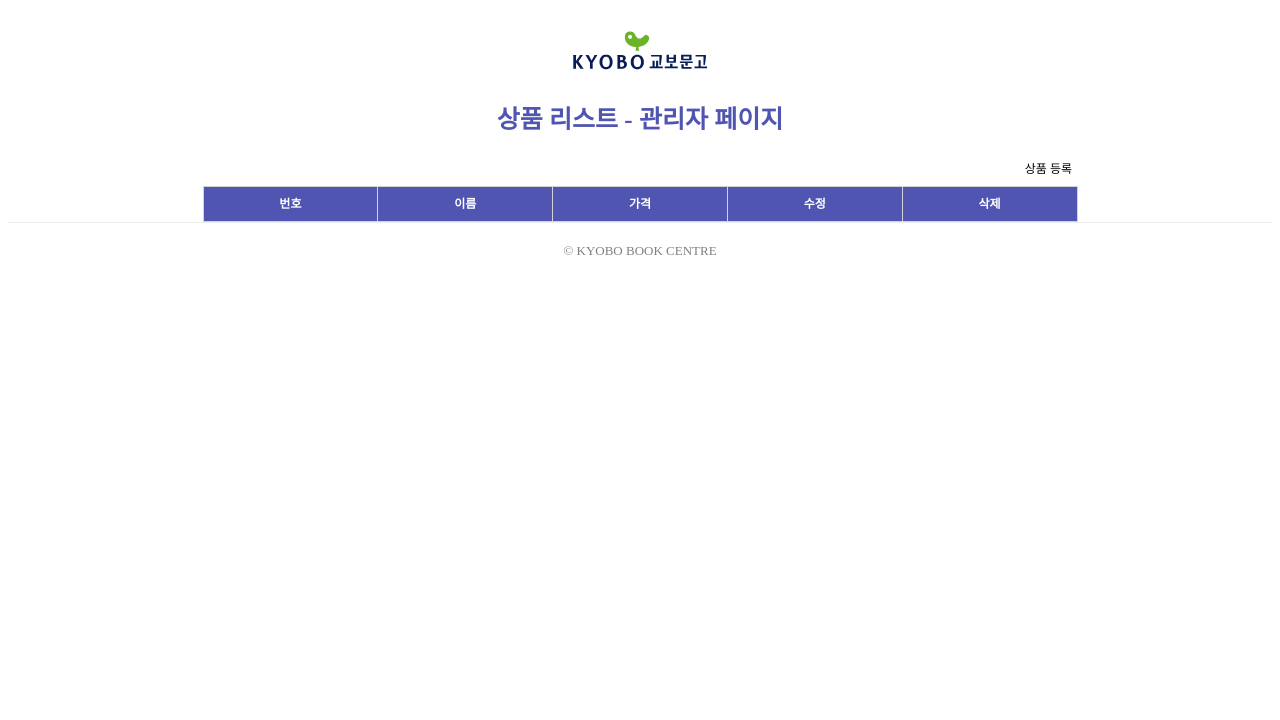
Repository: Yundanbi/Kyobo
Page: http://localhost/kyobo/productList.do
The author's editor kept a copy of each file at every save. The page is drawn from the files as they stood at one save, then again after the next save.
The browser window is 1280 px wide. The pictures show the whole page.
The page is served by Tomcat 9. Other server files are loaded and not shown. Queries for data that is not in the repository find no rows.

Above is the page before, as saved 2025-06-17 08:55:26.

### kyobo/src/main/webapp/book/productList.jsp
<%@ page language="java" contentType="text/html; charset=UTF-8"
pageEncoding="UTF-8"%>
<%@ taglib uri="http://java.sun.com/jsp/jstl/core" prefix="c"%>
<!DOCTYPE html>
<html>
<head>
<meta charset="UTF-8">
<title>책 관리</title>
<style>
	.logo img {
        height: 50px;
        margin-top : 20px;
      }
    .footer {
    text-align: center;
    padding: 20px 0;
    color: gray;
    font-size: 13px;
    border-top: 1px solid #eee;
  }
</style>
<link rel="stylesheet" type="text/css" href="css/shopping.css">
</head>
<body>
 <div id="wrap" align="center">
 		 <div class="logo">
		 <a href="index.jsp">
      <img src="img/logo_book.svg" alt="교보문고 로고" /></a>
    	</div>
          <h1>상품 리스트 - 관리자 페이지</h1>
          <table class="list">
            <tr>
              <td colspan="5" style="border: white; text-align: right"><a href="productWrite.do">상품 등록</a></td>
            </tr>
            <tr>
              <th>번호</th>
              <th>이름</th>
              <th>가격</th>
              <th>수정</th>
              <th>삭제</th>
            </tr>
            <c:forEach var="product" items="${productList}">
              <tr class="record">
                <td>${product.code}</td>
                <td>${product.productName}</td>
                <td>${product.price} 원</td>
                <td><a href="productUpdate.do?code=${product.code}">상품 수정</a>
                </td>
                <td><a href="productDelete.do?code=${product.code}">상품 삭제</a>
                </td>
              </tr>
            </c:forEach>
          </table>
        </div>
         <footer class="footer">© KYOBO BOOK CENTRE</footer>
</body>
</html>

### kyobo/src/main/java/com/book/controller/ProductListServlet.java
package com.book.controller;

import java.io.IOException;
import java.util.List;

import javax.servlet.RequestDispatcher;
import javax.servlet.ServletException;
import javax.servlet.annotation.WebServlet;
import javax.servlet.http.HttpServlet;
import javax.servlet.http.HttpServletRequest;
import javax.servlet.http.HttpServletResponse;

import com.book.dao.ProductDAO;
import com.book.dto.ProductVO;


@WebServlet("/productList.do")
public class ProductListServlet extends HttpServlet {
	private static final long serialVersionUID = 1L;




	protected void doGet(HttpServletRequest request, HttpServletResponse response) throws ServletException, IOException {
		ProductDAO pDao = ProductDAO.getInstance();
		List<ProductVO> productList = pDao.selectAllProducts();
		request.setAttribute("productList", productList);
		RequestDispatcher dispatcher = request.getRequestDispatcher("book/productList.jsp");
		dispatcher.forward(request, response);
	}


	protected void doPost(HttpServletRequest request, HttpServletResponse response) throws ServletException, IOException {
		doGet(request, response);
	}

}

### kyobo/src/main/java/com/book/dao/ProductDAO.java
package com.book.dao;

import java.sql.Connection;
import java.sql.PreparedStatement;
import java.sql.ResultSet;
import java.util.ArrayList;
import java.util.List;

import com.book.dto.ProductVO;

import util.DBManager;

public class ProductDAO {
	private ProductDAO() {}

	private static ProductDAO instance = new ProductDAO();

	public static ProductDAO getInstance() {
		return instance;
	}

	public List<ProductVO> selectAllProducts() {

	String sql = "select * from product order by code desc";
	List<ProductVO> list = new ArrayList<ProductVO>();
	Connection conn = null;
	PreparedStatement pstmt = null;
	ResultSet rs = null;
	try {
		conn = DBManager.getConnection();
		pstmt = conn.prepareStatement(sql);
		rs = pstmt.executeQuery();
		while (rs.next()) {
			ProductVO pVo = new ProductVO();
			pVo.setCode(rs.getInt("code"));
			pVo.setProductName(rs.getString("productName"));
			pVo.setPrice(rs.getInt("price"));
			pVo.setPictureUrl(rs.getString("pictureUrl"));
			pVo.setDescription(rs.getString("description"));
			list.add(pVo);
		}
	} catch (Exception e) {
		e.printStackTrace();
	} finally {
		DBManager.close(conn, pstmt, rs);
	}
	return list;
}


	public void insertProduct(ProductVO pVo) {
		String sql = "insert into product (productname, price, pictureurl, description) values(?,?,?,?)";
		Connection conn = null;
		PreparedStatement pstmt = null;
		try {
			conn = DBManager.getConnection();
			pstmt = conn.prepareStatement(sql);
			pstmt.setString(1, pVo.getProductName());
			pstmt.setInt(2, pVo.getPrice());
			pstmt.setString(3, pVo.getPictureUrl());
			pstmt.setString(4, pVo.getDescription());
			pstmt.executeUpdate(); // 실행
		} catch (Exception e) {
			e.printStackTrace();
		} finally {
			DBManager.close(conn, pstmt);
		}
	}

	public ProductVO selectProductByCode (String code) {
		String sql = "select * from product where code = ?";
		ProductVO pVo = null;
		try {
			Connection conn = null;
			PreparedStatement pstmt = null;
			ResultSet rs = null;

			try {

				conn = DBManager.getConnection();
				pstmt = conn.prepareStatement(sql);
				pstmt.setString(1, code);
				rs = pstmt.executeQuery();
				if (rs.next()) {
					pVo = new ProductVO();
					pVo.setCode(rs.getInt("code"));
					pVo.setProductName(rs.getString("productname"));
					pVo.setPrice(rs.getInt("price"));
					pVo.setPictureUrl(rs.getString("pictureurl"));
					pVo.setDescription(rs.getString("description"));
				}
			}catch (Exception e) {
				e.printStackTrace();
			}finally {

				DBManager.close(conn, pstmt, rs);

			}
		}catch (Exception e) {
			e.printStackTrace();
		}
		return pVo;
	}

	public void updateProduct(ProductVO pVo) {
		String sql = "UPDATE product SET productname=?, price=?, pictureurl=?, description=? WHERE code=?";
		Connection conn = null;
		PreparedStatement pstmt = null;
		try {
			conn = DBManager.getConnection();
			pstmt = conn.prepareStatement(sql);
			pstmt.setString(1, pVo.getProductName());
			pstmt.setInt(2, pVo.getPrice());
			pstmt.setString(3, pVo.getPictureUrl());
			pstmt.setString(4, pVo.getDescription());
			pstmt.setInt(5, pVo.getCode());
			pstmt.executeUpdate(); // 쿼리문 실행

		} catch (Exception e) {
			e.printStackTrace();

		} finally {
			DBManager.close(conn, pstmt);
		}
	}

	public void deleteProduct(String code) {
		String sql = "delete from product where code = ?";
		Connection conn = null;
		PreparedStatement pstmt = null;
		try {
			conn = DBManager.getConnection();
			pstmt = conn.prepareStatement(sql);
			pstmt.setString(1, code);
			pstmt.executeUpdate();

		}catch (Exception e) {
			e.printStackTrace();
		}finally {
			DBManager.close(conn,pstmt);
		}

	}



}

### kyobo/src/main/java/util/DBManager.java
package util;

import java.sql.Connection;
import java.sql.ResultSet;
import java.sql.Statement;

import javax.naming.Context;
import javax.naming.InitialContext;
import javax.sql.DataSource;

public class DBManager {
	public static Connection getConnection() {
		   Connection conn = null; // Connection 변수를 메서드 외부에서 선언하고 초기화

		    try {
		        Context initContext = new InitialContext();
		        Context envContext = (Context) initContext.lookup("java:/comp/env");
		        DataSource ds = (DataSource) envContext.lookup("jdbc/estoreDB");
		        conn = ds.getConnection();
		        System.out.println("DBCP 연동 성공");
		        System.out.println("mysql 연결 성공 : " + conn);
		    } catch (Exception e) {
		        e.printStackTrace();
		    }
		    return conn;
		}

	// select을 수행한 후 리소스 해제를 위한 메소드
		public static void close(Connection conn, Statement stmt, ResultSet rs) {
			try {
				rs.close();
				stmt.close();
				conn.close();
			} catch (Exception e) {
				e.printStackTrace();
			}
		}


		// insert, update, delete 작업을 수행한 후 리소스 해제를 위한 메소드
		public static void close(Connection conn, Statement stmt) {
			try {
				stmt.close();
				conn.close();
			} catch (Exception e) {
				e.printStackTrace();
			}
		}
}

### kyobo/src/main/webapp/css/shopping.css
@charset "UTF-8";

 #wrap {
      width: 1250px;
       margin: 0 auto;

      }
	h1 {color: #5055b1; font-size:25px;}
      table {  width: 70% !important; }
      table {width: 80%; border-collapse: collapse; font-size: 12px; line-height: 24px;}
      table td,th {border: #d3d3d3 solid 1px;  padding: 5px; }

      th {background: #5055b1;}
      th {color:white;}
      img {width: 220px; height: 300px;}
      a {text-decoration: none; color: black; }
      a:HOVER {text-decoration: underline; color:#5055b1; }

### kyobo/src/main/webapp/img/logo_book.svg
<svg width="120" height="44" viewBox="0 0 120 44" fill="none" xmlns="http://www.w3.org/2000/svg">
<path d="M30.1306 23.4481C29.3894 23.4192 28.6499 23.5392 27.9559 23.8009C27.2618 24.0627 26.6272 24.4609 26.0896 24.9721C25.4974 25.6293 25.0405 26.3968 24.745 27.2307C24.4495 28.0646 24.3213 28.9486 24.3676 29.8321C24.3214 30.7154 24.4497 31.5992 24.7452 32.4329C25.0407 33.2666 25.4975 34.0339 26.0896 34.6911C27.2059 35.6822 28.6469 36.2295 30.1396 36.2295C31.6324 36.2295 33.0734 35.6822 34.1896 34.6911C35.37 33.3561 35.9803 31.6117 35.8896 29.8321C35.9807 28.052 35.3704 26.3072 34.1896 24.9721C33.6485 24.4611 33.0108 24.0632 32.3141 23.8015C31.6173 23.5398 30.8744 23.4197 30.1306 23.4481ZM32.4686 33.3601C32.1866 33.705 31.8291 33.9805 31.4238 34.1655C31.0184 34.3505 30.576 34.44 30.1306 34.4271C29.6876 34.4399 29.2475 34.3504 28.8448 34.1653C28.442 33.9802 28.0874 33.7046 27.8086 33.3601C27.1286 32.3144 26.8088 31.0752 26.8976 29.8311C26.8113 28.5871 27.1309 27.3487 27.8086 26.3021C28.0884 25.9597 28.4436 25.6867 28.8464 25.5046C29.2493 25.3224 29.6888 25.236 30.1306 25.2521C30.5747 25.2362 31.0166 25.3227 31.4219 25.5048C31.8273 25.6868 32.1854 25.9596 32.4686 26.3021C33.1428 27.3499 33.4587 28.5883 33.3686 29.8311C33.4612 31.0737 33.1452 32.3136 32.4686 33.3601Z" fill="#081D58"/>
<path d="M61.6955 24.972C60.5738 23.9897 59.1335 23.4482 57.6425 23.4482C56.1514 23.4482 54.7112 23.9897 53.5895 24.972C52.4004 26.3029 51.7857 28.0498 51.8795 29.832C51.7879 31.6147 52.4047 33.3612 53.5955 34.691C54.7127 35.6826 56.1547 36.2302 57.6485 36.2302C59.1423 36.2302 60.5842 35.6826 61.7015 34.691C62.8838 33.3572 63.4944 31.612 63.4015 29.832C63.4951 28.0516 62.8845 26.3059 61.7015 24.972M59.9815 33.36C59.6923 33.6952 59.3344 33.964 58.9319 34.1483C58.5295 34.3326 58.0921 34.428 57.6495 34.428C57.2069 34.428 56.7694 34.3326 56.367 34.1483C55.9646 33.964 55.6066 33.6952 55.3175 33.36C54.6408 32.3134 54.3225 31.0753 54.4105 29.832C54.3251 28.5887 54.6432 27.3511 55.3175 26.303C55.6098 25.973 55.9688 25.7088 56.3708 25.5278C56.7728 25.3468 57.2086 25.2532 57.6495 25.2532C58.0903 25.2532 58.5262 25.3468 58.9282 25.5278C59.3302 25.7088 59.6892 25.973 59.9815 26.303C60.655 27.3516 60.9708 28.59 60.8815 29.833C60.9735 31.0757 60.6575 32.3144 59.9815 33.361" fill="#081D58"/>
<path d="M18.673 35.938C18.567 35.8236 18.485 35.6891 18.4319 35.5424C18.3788 35.3957 18.3557 35.2398 18.364 35.084V30.648L22.5 23.717H19.668C19.868 23.917 19.892 24.247 19.644 24.637L17.405 28.517C15.522 25.108 15.524 25.011 15.183 24.389C14.918 23.921 14.692 23.717 14.189 23.717H11.959C12.2518 24.0303 12.5008 24.3818 12.699 24.762L15.999 30.616V35.083C16.0074 35.2388 15.9844 35.3946 15.9315 35.5412C15.8786 35.6879 15.7968 35.8225 15.691 35.937L18.673 35.938Z" fill="#081D58"/>
<path d="M39.834 35.9381C39.9407 35.8241 40.0233 35.6897 40.0768 35.5429C40.1302 35.3961 40.1534 35.2401 40.145 35.0841V24.5671C40.154 24.4112 40.131 24.2552 40.0776 24.1085C40.0241 23.9618 39.9412 23.8276 39.834 23.7141H43.881C45.821 23.7141 47.515 24.6501 47.515 26.4681C47.5261 26.933 47.417 27.3929 47.1981 27.8032C46.9793 28.2135 46.6582 28.5603 46.266 28.8101C46.9198 29.0312 47.4878 29.4517 47.8902 30.0124C48.2925 30.5732 48.509 31.2459 48.509 31.9361C48.5097 32.5169 48.3773 33.0901 48.122 33.6117C47.8666 34.1333 47.4951 34.5895 47.036 34.9451C46.134 35.6368 45.0165 35.9875 43.881 35.9351L39.834 35.9381ZM42.514 28.3321C43.0984 28.3909 43.6885 28.3195 44.242 28.1231C44.4946 28.024 44.7102 27.8488 44.8588 27.6218C45.0075 27.3949 45.082 27.1273 45.072 26.8561C45.061 26.6613 45.0112 26.4707 44.9257 26.2953C44.8402 26.12 44.7205 25.9634 44.5738 25.8349C44.4271 25.7063 44.2562 25.6082 44.0711 25.5465C43.886 25.4847 43.6905 25.4604 43.496 25.4751C43.1641 25.4638 42.8325 25.506 42.514 25.6001V28.3321ZM45.162 33.8801C45.4542 33.6872 45.6888 33.4187 45.8408 33.1032C45.9927 32.7877 46.0564 32.4369 46.025 32.0881C46.0113 31.8045 45.9394 31.5268 45.8139 31.2721C45.6883 31.0175 45.5117 30.7914 45.2951 30.6078C45.0785 30.4243 44.8264 30.2873 44.5546 30.2053C44.2828 30.1233 43.997 30.098 43.715 30.1311C43.3139 30.1271 42.9129 30.1505 42.515 30.2011V34.1181C43.3981 34.3546 44.3365 34.2699 45.163 33.8791" fill="#081D58"/>
<path d="M1.31002 35.0839C1.3183 35.2398 1.29512 35.3957 1.24186 35.5424C1.18861 35.6891 1.10636 35.8236 1.00002 35.9379H3.98802C3.88159 35.8237 3.79928 35.6892 3.74602 35.5425C3.69276 35.3957 3.66963 35.2398 3.67802 35.0839V30.3089L7.14702 35.2669C7.2425 35.47 7.39425 35.6415 7.58426 35.761C7.77428 35.8804 7.99458 35.9429 8.21902 35.9409H10.619C10.2919 35.6272 10.003 35.2762 9.75802 34.8949L5.83802 29.3409L9.83802 23.7169H6.89902C7.05102 23.9169 7.07102 24.1659 6.78402 24.6469L3.68402 29.1249V24.5669C3.67511 24.411 3.69799 24.2548 3.75128 24.108C3.80457 23.9612 3.88716 23.8268 3.99402 23.7129H0.999023C1.10579 23.8269 1.18832 23.9613 1.2416 24.1081C1.29489 24.2549 1.31782 24.411 1.30902 24.5669L1.31002 35.0839Z" fill="#081D58"/>
<path d="M67.2346 6.979C66.9569 6.72281 66.6307 6.52493 66.2752 6.39705C65.9197 6.26917 65.5421 6.2139 65.1649 6.2345C64.7877 6.25511 64.4184 6.35117 64.0789 6.51701C63.7395 6.68285 63.4367 6.91509 63.1886 7.2C61.7756 8.686 60.6766 9.239 59.3676 9.183C57.5396 9.104 56.6376 7.691 55.6986 5.907C55.3312 5.05654 54.7264 4.33002 53.9566 3.81445C53.1869 3.29888 52.2849 3.01611 51.3586 3C50.7138 3.00446 50.0767 3.14038 49.4862 3.39946C48.8957 3.65853 48.3643 4.03532 47.9243 4.50677C47.4844 4.97823 47.1453 5.53446 46.9276 6.14144C46.71 6.74843 46.6185 7.39343 46.6586 8.037C46.6945 9.62273 47.1673 11.1678 48.025 12.502C48.8827 13.8363 50.0919 14.9079 51.5196 15.599C53.1121 16.3981 54.8641 16.8284 56.6456 16.858C56.5252 17.9401 56.2905 19.0063 55.9456 20.039H59.3086C58.9494 18.9729 58.7103 17.8701 58.5956 16.751C63.5216 16.112 65.8596 13.872 67.1416 11.74C67.6834 10.9123 67.9875 9.95171 68.0206 8.963C68.0307 8.59686 67.967 8.23243 67.8334 7.89141C67.6997 7.55039 67.4988 7.23976 67.2426 6.978M51.3816 9.536C51.0412 9.55969 50.7014 9.48175 50.4053 9.31206C50.1092 9.14237 49.8701 8.88857 49.7185 8.58286C49.5668 8.27714 49.5094 7.93328 49.5534 7.59486C49.5974 7.25645 49.741 6.93873 49.9658 6.682C50.1906 6.42527 50.4866 6.24108 50.8163 6.1528C51.1459 6.06452 51.4944 6.07612 51.8174 6.18613C52.1405 6.29614 52.4236 6.49961 52.6308 6.77073C52.8381 7.04185 52.9602 7.36841 52.9816 7.709C53.0104 8.16315 52.8583 8.61024 52.5585 8.95258C52.2587 9.29492 51.8356 9.50467 51.3816 9.536Z" fill="#6DB329"/>
<path d="M113.393 28.3181H111.536V33.8781H107.988V35.3341H119.006V33.8781H113.398L113.393 28.3181Z" fill="#081D58"/>
<path d="M115.861 32.4649H117.072C117.526 30.1329 117.848 27.2179 118.036 25.2649C118.141 24.2109 118.146 23.6589 117.199 23.6589H108.923V25.1139H115.861V32.4649Z" fill="#081D58"/>
<path d="M97.3025 28.4399H105.357V23.6089H96.1495V27.2859C96.1264 27.4429 96.1403 27.603 96.19 27.7537C96.2398 27.9044 96.3239 28.0413 96.4359 28.1538C96.5478 28.2662 96.6844 28.351 96.8349 28.4013C96.9853 28.4517 97.1454 28.4663 97.3025 28.4439M103.285 26.9849H98.2225V25.0639H103.285V26.9849Z" fill="#081D58"/>
<path d="M98.4728 31.853H96.4028V34.72C96.3794 34.8765 96.3929 35.0363 96.4422 35.1867C96.4915 35.337 96.5752 35.4738 96.6867 35.5861C96.7982 35.6984 96.9344 35.783 97.0844 35.8334C97.2344 35.8837 97.3941 35.8983 97.5508 35.876H105.38V34.42H98.4718L98.4728 31.853Z" fill="#081D58"/>
<path d="M95.1123 30.9089H99.9243V33.1769H101.995V30.9089H106.38V29.4529H95.1123V30.9089Z" fill="#081D58"/>
<path d="M76.0076 28.7119H74.1516V33.8779H72.8866V28.7119H71.0286V33.8779H68.5166V35.3349H79.9866V33.8779H76.0036L76.0076 28.7119Z" fill="#081D58"/>
<path d="M77.0538 32.4649H78.2638C78.7188 30.1329 79.0388 27.2179 79.2288 25.2649C79.3288 24.2109 79.3398 23.6589 78.3908 23.6589H69.7568V25.1139H77.0568L77.0538 32.4649Z" fill="#081D58"/>
<path d="M88.5873 31.3931H86.5163V33.8791H81.7773V35.3351H93.2573V33.8781H88.5873V31.3931Z" fill="#081D58"/>
<path d="M84.5396 30.6091H90.4896C90.6465 30.6314 90.8064 30.6168 90.9566 30.5666C91.1069 30.5163 91.2434 30.4317 91.3553 30.3195C91.4672 30.2074 91.5514 30.0706 91.6013 29.9202C91.6511 29.7698 91.6653 29.6099 91.6426 29.4531V23.5381H89.5676V25.9381H85.4596V23.5381H83.3846V29.4531C83.3618 29.6101 83.376 29.7702 83.4259 29.9208C83.4759 30.0714 83.5603 30.2082 83.6725 30.3205C83.7846 30.4327 83.9214 30.5172 84.0719 30.5673C84.2224 30.6174 84.3826 30.6317 84.5396 30.6091ZM89.5686 27.3881V29.3571H85.4606V27.3881H89.5686Z" fill="#081D58"/>
</svg>

After the next save:
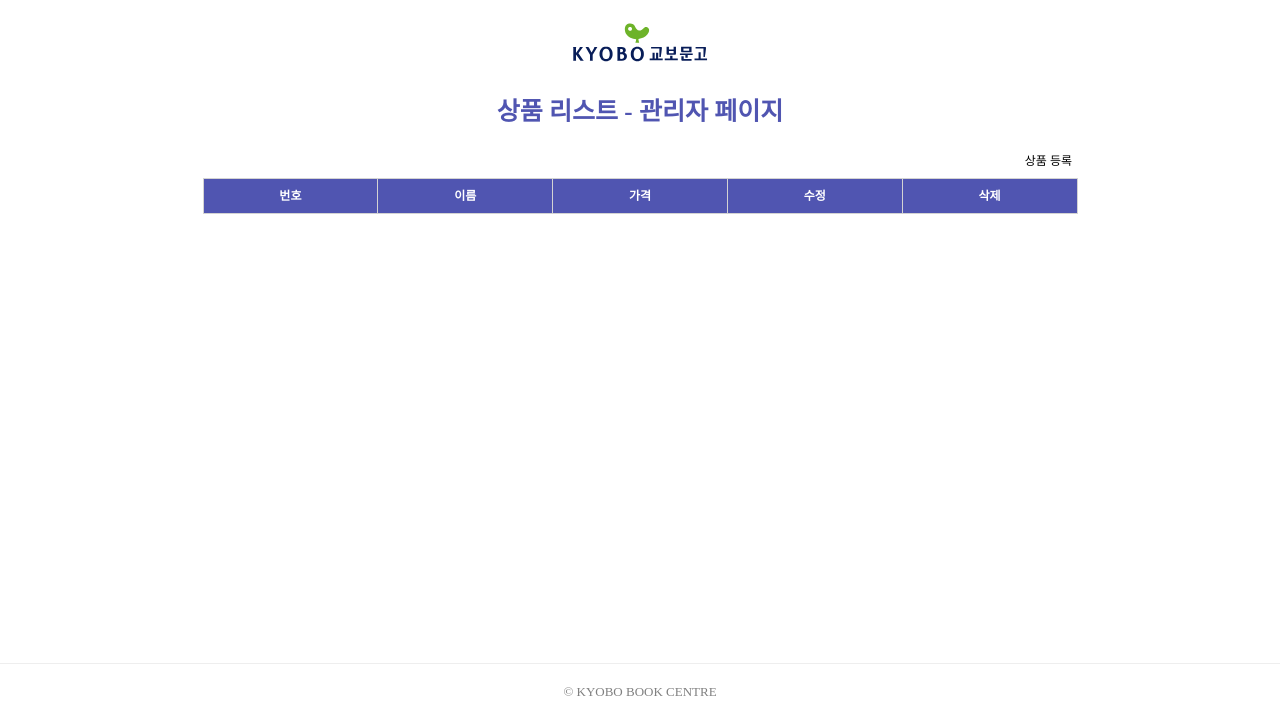
Saved 23 s later.
--- a/kyobo/src/main/webapp/book/productList.jsp
+++ b/kyobo/src/main/webapp/book/productList.jsp
@@ -7,10 +7,24 @@
 <meta charset="UTF-8">
 <title>책 관리</title>
 <style>
-	.logo img {
-        height: 50px;
-        margin-top : 20px;
-      }
+	html, body {
+    height: 100%;
+    margin: 0;
+  }
+  body {
+    display: flex;
+    flex-direction: column;
+  }
+
+  #wrap {
+    flex: 1;
+
+  }
+
+  .logo img {
+    height: 50px;
+    margin-top: 20px;
+  }
     .footer {
     text-align: center;
     padding: 20px 0;
